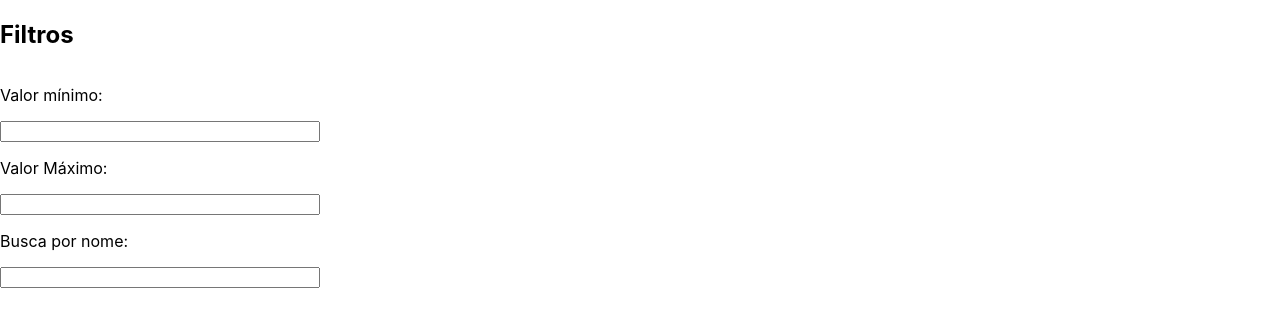
Repository: future4code/Shaw-labe-commerce9
Page: /
An editor plug-in stored every save of this project. The page is shown before and after the next save, followed by the edit.
The browser window is 1280 px wide. The pictures show the whole page.
The project was rebuilt for these pictures with package versions that can differ from the ones it lists, and the page was loaded fresh each time. Also part of the build but not shown: src/App.css.

Above is the page before, as saved 2022-03-30 15:07:35.

### src/App.js
import React from 'react';
import './App.css';
import Filtro from './components/filtro';




class App extends React.Component{
  render(){
    return(

      <div>
      <Filtro />





      </div>


    )
  }

}

export default App

### src/components/filtro.jsx
import React from "react";
import styled from "styled-components";


const ContainerFiltro =styled.div`
display: flex;
flex-direction: column;
justify-content: flex-start;
width: 25%;


`






export default class Filtro extends React.Component{
    render(){
        return(
         <ContainerFiltro>
        <h2>Filtros</h2>
        <p>Valor mínimo: </p>
        <input type="text"value={this.state} />
        <p>Valor Máximo: </p>
        <input type="text" value={this.state} />
        <p>Busca por nome: </p>
        <input type="text" value={this.state}/>
         </ContainerFiltro>

        )
    }
}

Loaded but not shown: public/index.html (common file); src/index.js (common file); src/index.css (common file); src/serviceWorker.js (common file)

After the next save:
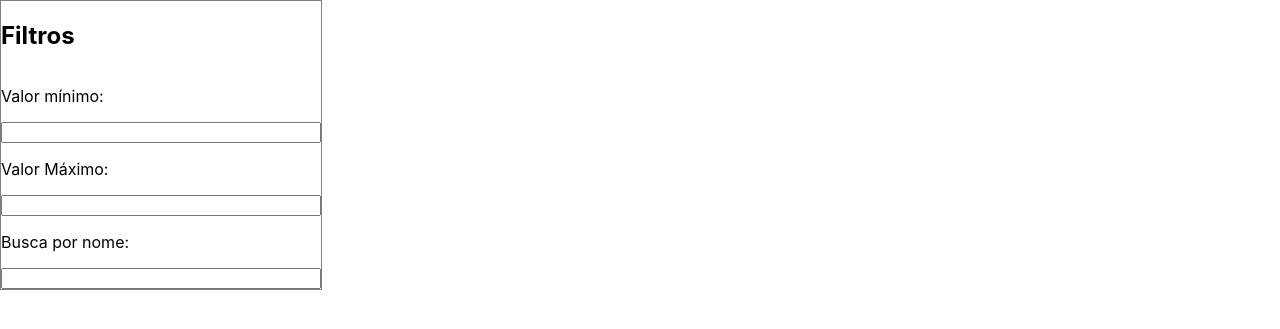
Saved 45 s later.
--- a/src/components/filtro.jsx
+++ b/src/components/filtro.jsx
@@ -7,6 +7,7 @@ display: flex;
 flex-direction: column;
 justify-content: flex-start;
 width: 25%;
+border: 1px solid grey
 
 
 `
